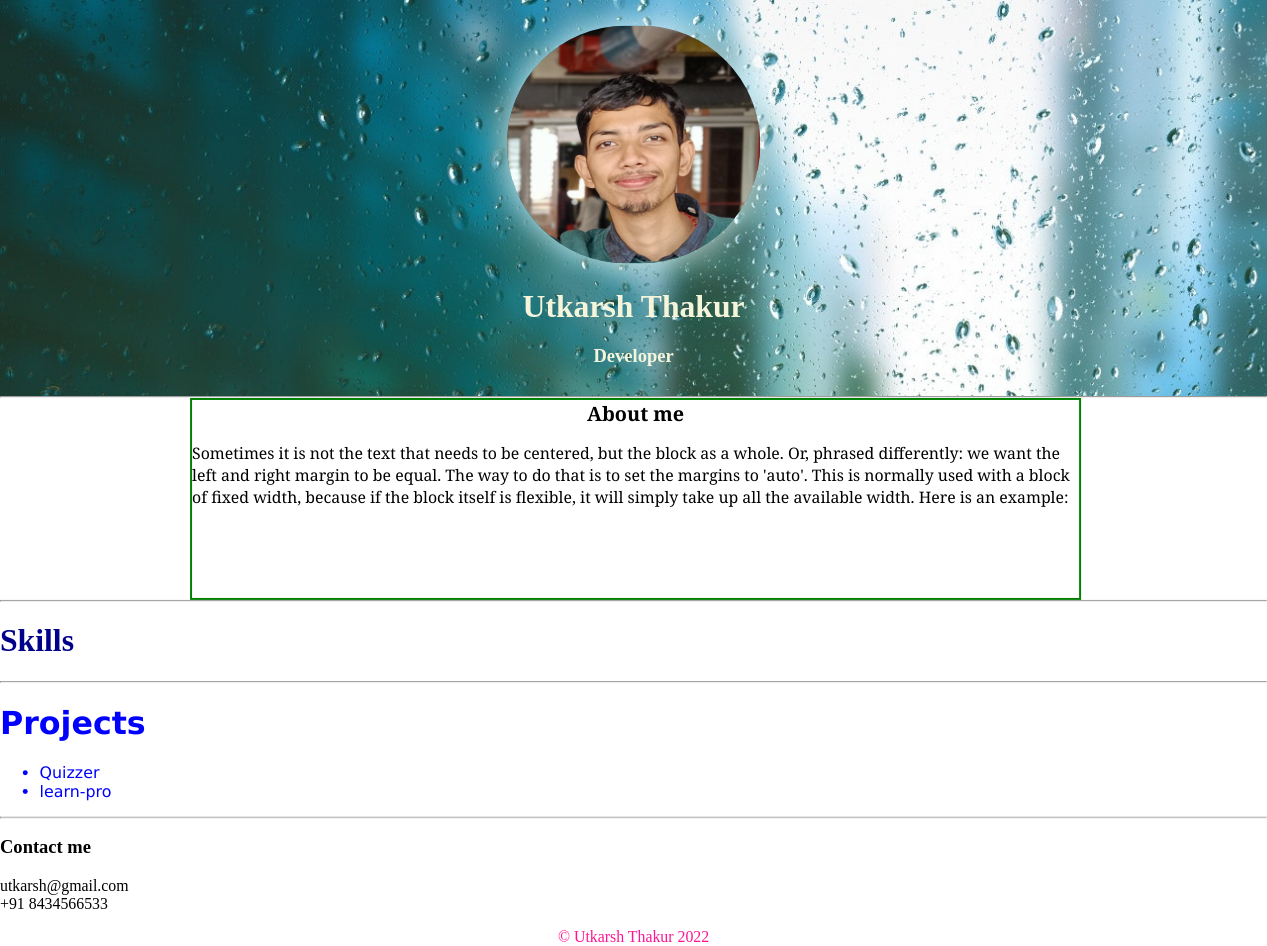
Repository: UtkarshThakur321/Utkarsh-Thakur-Profile
Page: index.html
The author's editor kept a copy of each file at every save. The page is drawn from the files as they stood at one save, then again after the next save.
The browser window is 1280 px wide. The pictures show the whole page, at 99% of full size.

Above is the page before, as saved 2022-01-22 23:36:49.
Not found: main.js

### index.html
<!DOCTYPE html>
<html>
<head>
    <meta charset='utf-8'>
    <meta http-equiv='X-UA-Compatible' content='IE=edge'>
    <title>Page Title</title>
    <meta name='viewport' content='width=device-width, initial-scale=1'>
    <link rel='stylesheet' type='text/css' media='screen' href="index.css">
    <script src='main.js'></script>
</head>
<body>
    <div id="main">
    <!-- <div id="nav">
        <h1>My Resume</h1>
    </div> -->
    <center>
        <div id="intro">
            <div id="profileImage">
                 <img src="./Utkarsh_dp.jpg" alt="DP_Utkarsh__Thakur"
                 width="180" height="170">
            </div>
            <div id="profileName">
                <h1>Utkarsh Thakur</h1>
                <h3>Developer</h3>
            </div>

            <div>


             </div>
        </div>
    </center>

    <hr>

  <div id="aboutMe">
    <div id="aboutMeHeading">
        About me
    </div>
    <div id="aboutMeContent">
        <p>
            Sometimes it is not the text that needs to be centered, but the block as a whole. Or, phrased differently: we want the left and right margin to be equal. The way to do that is to set the margins to 'auto'. This is normally used with a block of fixed width, because if the block itself is flexible, it will simply take up all the available width. Here is an example:
        </p>
    </div>
  </div>


<hr>

    <div id="skills">
        <h1>Skills</h1>

    </div>

    <hr>
    <div id="projects">
        <h1>Projects</h1>
        <ul>
            <li>Quizzer</li>
            <li>learn-pro</li>
        </ul>
    </div>
    <hr>

    <div id="footer">
        <h3>Contact me</h3>
        <p>
            utkarsh@gmail.com<br>
            +91 8434566533

        </p>
            <div id="copyright">
         &copy; Utkarsh Thakur 2022
            </div>
        </div>
    </div>



</body>
</html>

### index.css
body{
    width:100%;
    margin:0px;


}


#intro{
    background-image:url("./bg.jpg");
    height: 400px;
}


#profileImage>img{
    margin-top: 2%;
    height:240px;
    width:20%;
    border-radius: 130px;
    box-shadow: 0px 0px 40px rgb(235, 253, 253);
}
#profileName{
    color:beige;
    font-family: cursive;
}

#aboutMe{
    width:70%;
    height:200px;
    border:2px solid green;
    margin-left:15%;
}


#aboutMeHeading{
    text-align:center;
    font-family: Georgia, 'Times New Roman', Times, serif;
    font-size:20px;
    font-weight: bold;
}
#aboutMeContent{

    font-family: Georgia, 'Times New Roman', Times, serif;
    font-size:16px;

}





hr{
    margin:0px;
}

#nav{
    height:50px;
    display:content;
    text-align: center;
    font-weight: 900;
    color:black;}
    /* text-align: center;
    font-family: Verdana, Geneva, Tahoma, sans-serif;
} */

#skills{
    color:darkblue;
    font-weight: 400;

}

.img{
    height:10px;
    width:10%;
}
#projects{
    font-family: Verdana, Geneva, Tahoma, sans-serif;
    color:blue;
}


/* #footer{
    text-align: center;
} */
#copyright{
    text-align: center;
    color:deeppink
}

After the next save:
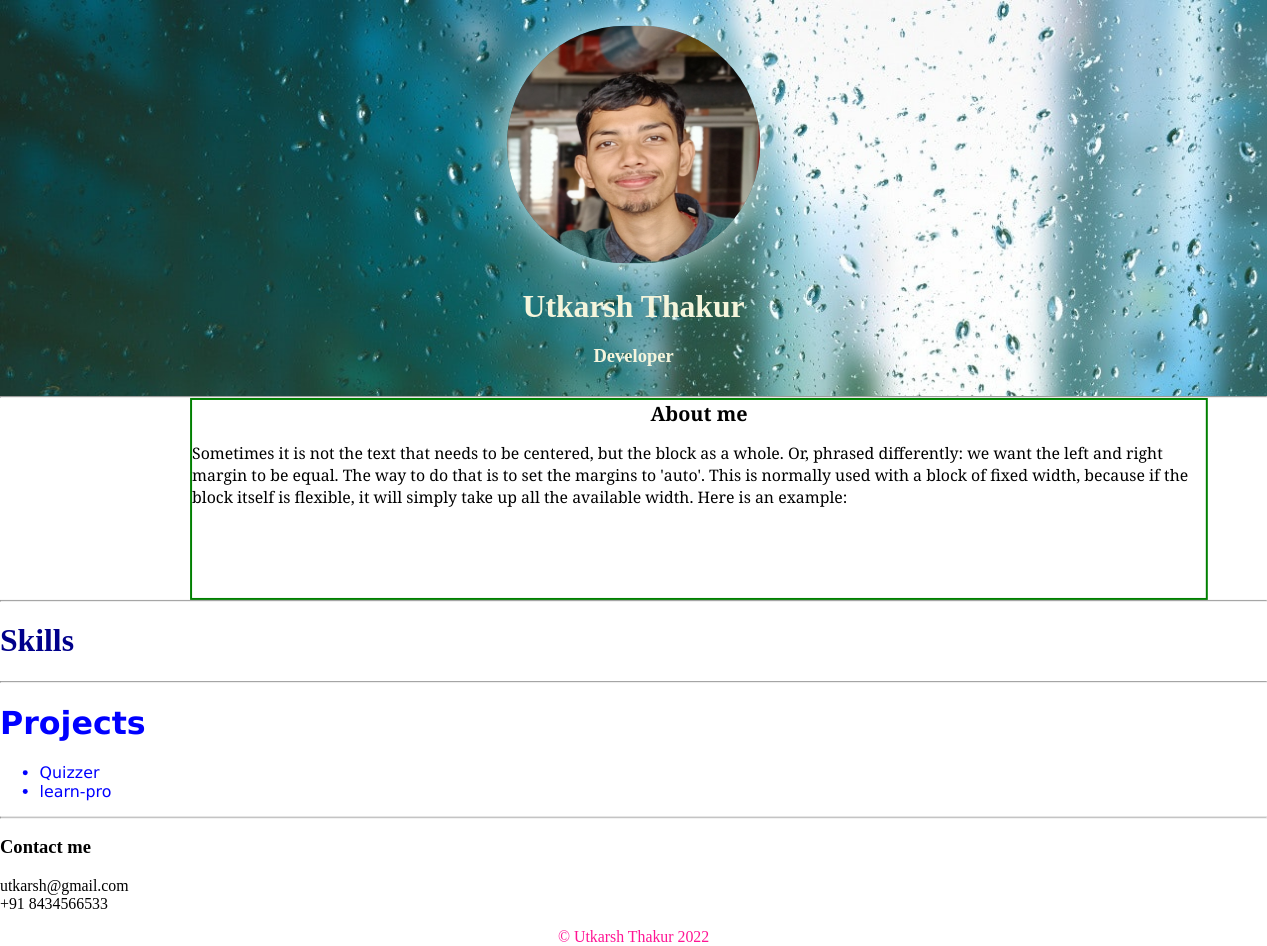
Saved 14 s later.
--- a/index.css
+++ b/index.css
@@ -25,7 +25,7 @@ body{
 }
 
 #aboutMe{
-    width:70%;
+    width:80%;
     height:200px;
     border:2px solid green;
     margin-left:15%;
